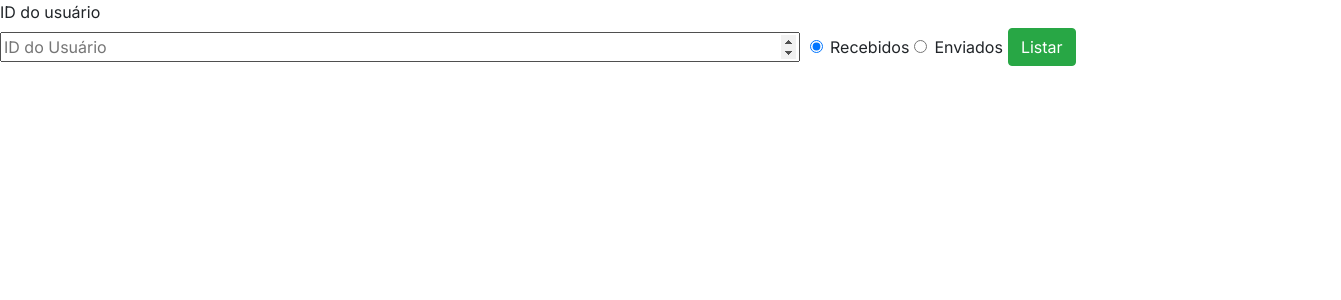
Repository: mateusilva8/tarefa-pix
Page: frontend/index.html
These files come from the project's save history. The page is drawn as it stood at one moment and after the next save; the edit follows.
The browser window is 1280 px wide. The page is 1280 px wide, then 1341 px, so the pictures cover 1341 px, including what lies to the right of the window. The pictures show the whole page.

Above is the page before, as saved 2023-10-21 19:36:53.

### frontend/index.html
<!DOCTYPE html>
<html lang="pt-BR">
<head>
  <meta charset="UTF-8">
  <meta name="viewport" content="width=device-width, initial-scale=1.0">
  <title>CRIE_TI PIX</title>
  <link rel="stylesheet" href="./css/index.css">
  <link rel="preconnect" href="https://fonts.googleapis.com">
  <link rel="preconnect" href="https://fonts.gstatic.com" crossorigin>
  <link rel="stylesheet" href="https://stackpath.bootstrapcdn.com/bootstrap/4.1.3/css/bootstrap.min.css" integrity="sha384-MCw98/SFnGE8fJT3GXwEOngsV7Zt27NXFoaoApmYm81iuXoPkFOJwJ8ERdknLPMO" crossorigin="anonymous">
  <link href="https://fonts.googleapis.com/css2?family=Inter:wght@400;700&display=swap" rel="stylesheet">
</head>
<body>
  <div class="formulario">
    <label for="id">ID do usuário</label>
    <div class="formulario-body">
      <input class="idInput" type="number" placeholder="ID do Usuário" id="id"></input>
      <div class="formulario-select">
        <div class="form-check">
          <input class="form-check-input" type="radio" name="exampleRadios" id="exampleRadios1" value="opcao1" checked>
          <label class="form-check-label" for="exampleRadios1">
            Recebidos
          </label>
        </div>
        <div class="form-check">
          <input class="form-check-input" type="radio" name="exampleRadios" id="exampleRadios2" value="opcao2">
          <label class="form-check-label" for="exampleRadios2">
            Enviados
          </label>
        </div>
        <button type="button" class="btn btn-success">Listar</button>

      </div>
    </div>
  </div>


  <script src="https://code.jquery.com/jquery-3.3.1.slim.min.js" integrity="sha384-q8i/X+965DzO0rT7abK41JStQIAqVgRVzpbzo5smXKp4YfRvH+8abtTE1Pi6jizo" crossorigin="anonymous"></script>
  <script src="https://cdnjs.cloudflare.com/ajax/libs/popper.js/1.14.3/umd/popper.min.js" integrity="sha384-ZMP7rVo3mIykV+2+9J3UJ46jBk0WLaUAdn689aCwoqbBJiSnjAK/l8WvCWPIPm49" crossorigin="anonymous"></script>
  <script src="https://stackpath.bootstrapcdn.com/bootstrap/4.1.3/js/bootstrap.min.js" integrity="sha384-ChfqqxuZUCnJSK3+MXmPNIyE6ZbWh2IMqE241rYiqJxyMiZ6OW/JmZQ5stwEULTy" crossorigin="anonymous"></script>
</body>
</html>

### frontend/css/index.css
* {
    font-family: 'Inter', sans-serif;
}

.formulario {
    display: flex;
    flex-direction: column;
    width: 100%;
    font-size: 1rem;

}

.formulario-body {
    display: flex;
    flex-direction: row;
    width: 100%;
    height: 30px;
    align-items: center;
    gap: 10px;
}

.formulario-select {
    display: flex;
    flex-direction: row;
    gap: 5px;
    align-items: center;

}

.idInput {
    width: 800px;
}

After the next save:
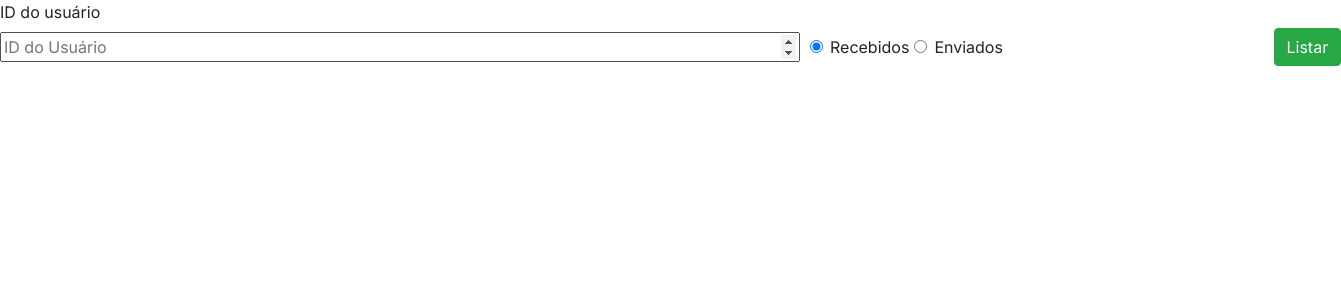
Saved 38 s later.
--- a/frontend/css/index.css
+++ b/frontend/css/index.css
@@ -27,6 +27,10 @@
 
 }
 
+.btn {
+    margin-left: 100%;
+}
+
 .idInput {
     width: 800px;
 }
